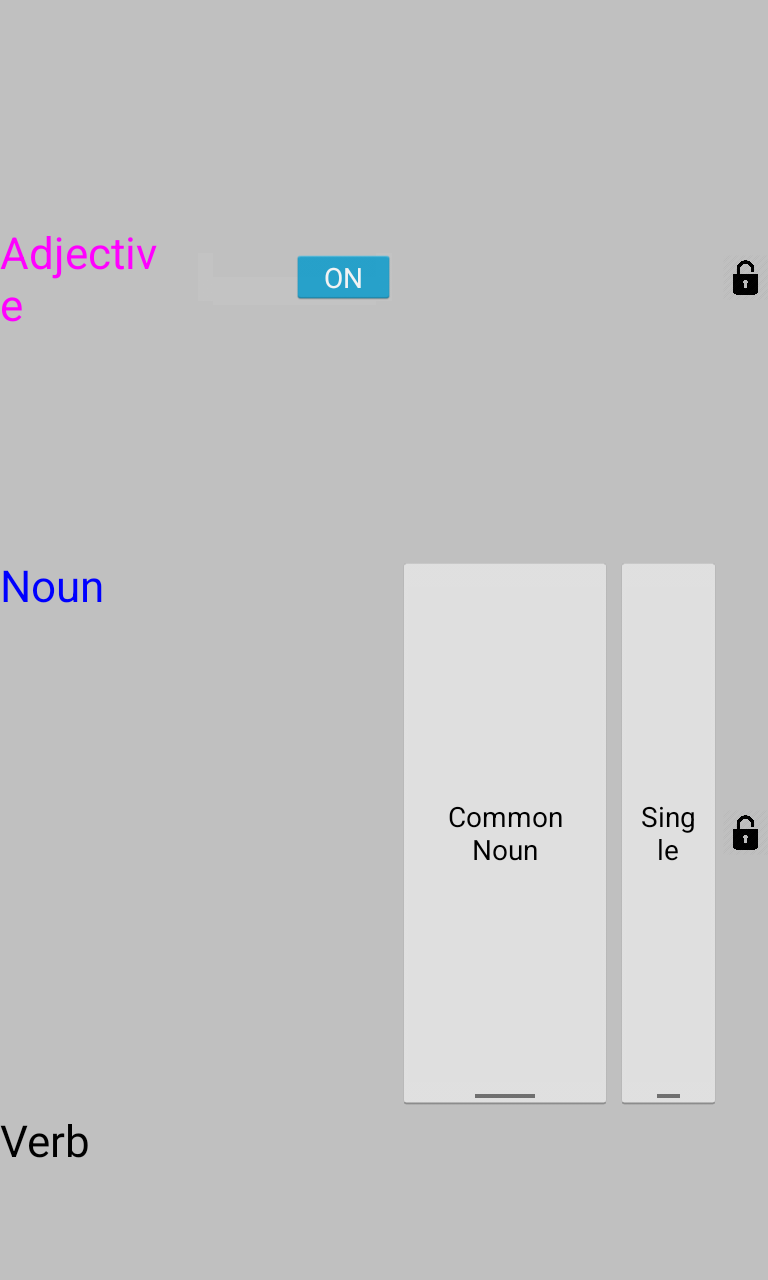
Repository: TheDizzler/TableTopTools
Layout: RPGTools/res/layout/fragment_result_controls.xml
These files come from the project's save history. The layout is drawn as it stood at one moment and after the next save; the edit follows.
It is drawn on a 768 x 1280 px phone screen (xhdpi) without system bars, with theme AppTheme; the app's code is not run.

Above is the layout before, as saved 2017-03-26 19:35:51.

After the next save:
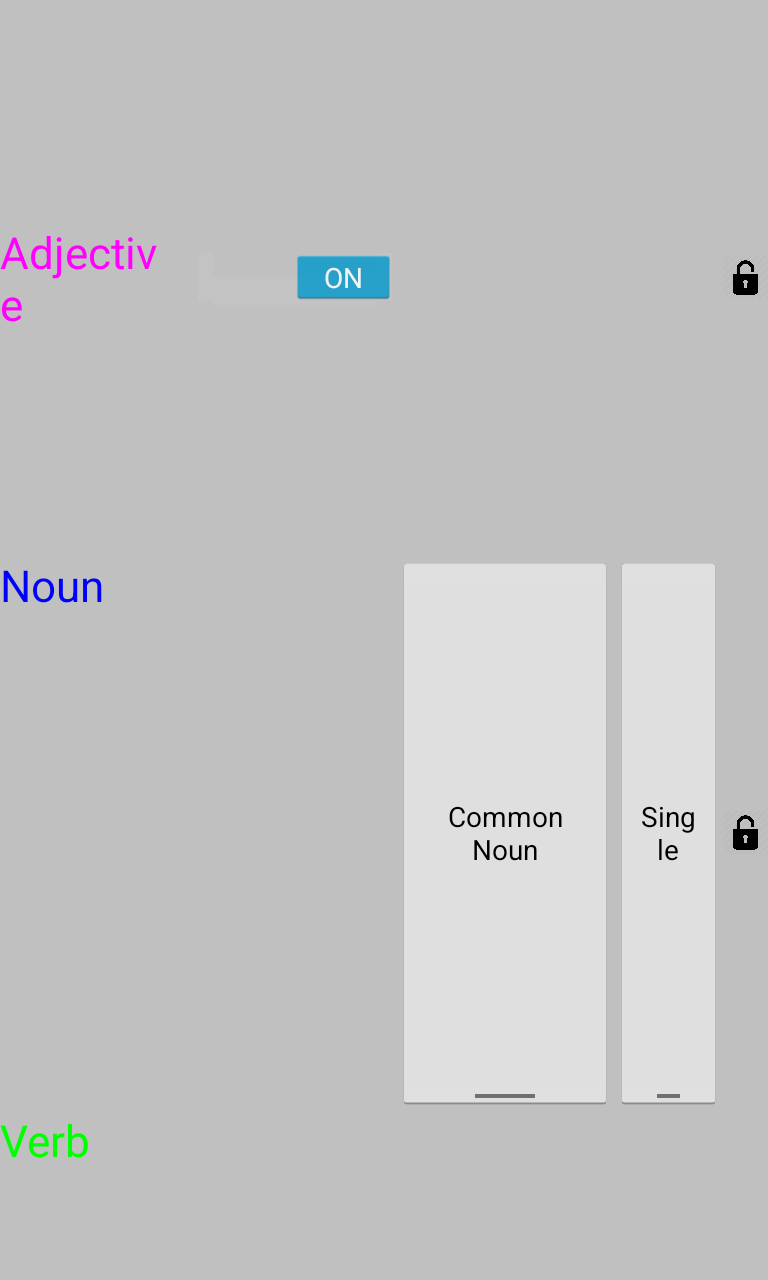
Saved 36 s later.
--- a/RPGTools/res/layout/fragment_result_controls.xml
+++ b/RPGTools/res/layout/fragment_result_controls.xml
@@ -100,6 +100,7 @@
             android:layout_span="1"
             android:layout_weight="1"
             android:text="Verb"
+            android:textColor="#FF00FF00"
             android:textAppearance="?android:attr/textAppearanceLarge" />
 
         <Spinner
